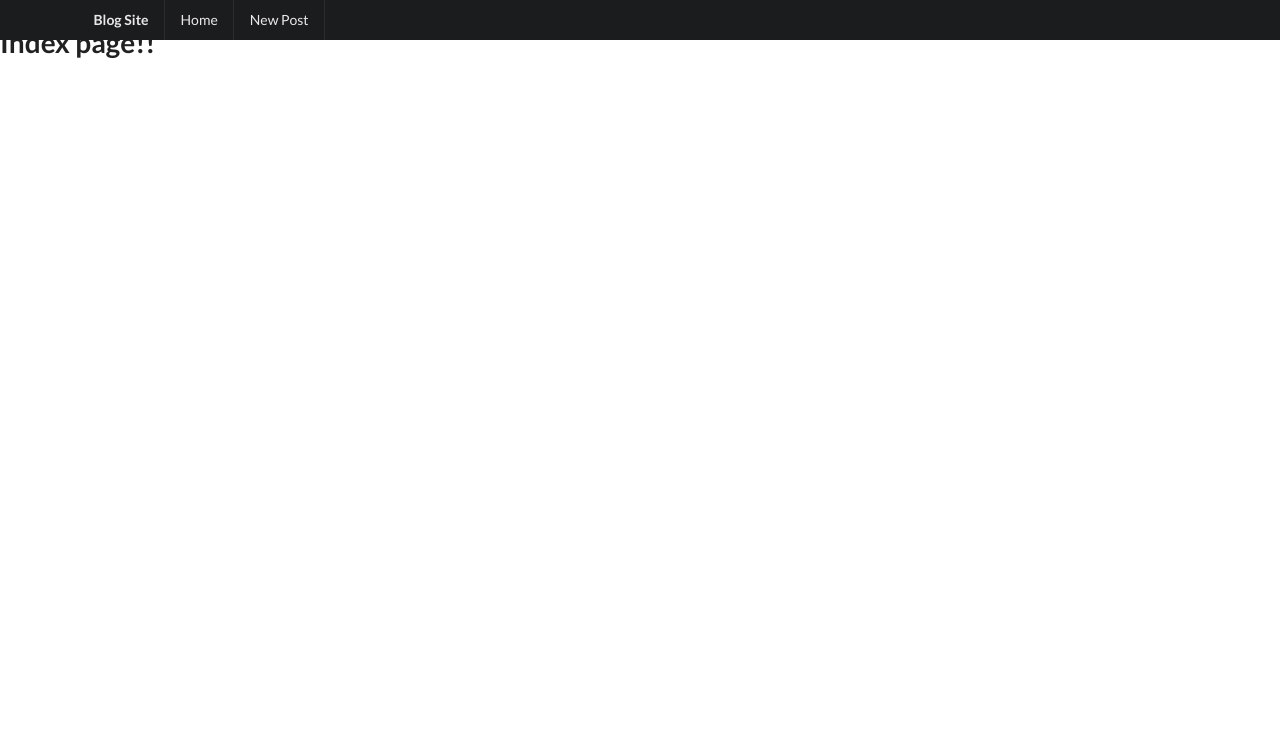
Repository: Nafeek30/WebProjects
Page: http://localhost/blogs
The author's editor kept a record of every edit. The page is drawn from the files as they stood at one moment, then again after the next edit.
The browser window is 1280 px wide. The pictures show the whole page.
The page is served by the project's Node server (RESTfulBlogApp/app.js). Queries for data that is not in the repository find no rows.

Above is the page before.

### Cloud 9 projects/RESTfulBlogApp/views/index.ejs
<!--Page that shows all the blog posts -->

<% include ./partials/header %>

<h1>Index page!!</h1>

<% blogs.forEach(function(blog){ %>
    <div>
        <h2><%=blog.title%></h2>
        <img src="<%= blog.image %>" >
        <span><%= blog.created.toDateString() %></span>
        <p><%= blog.body.substring(0, 100) %> ...</p> <!-- shows the first 100 char in the description on the home page; click read more to see whole post -->
        <a href="/blogs/<%= blog._id %>">Read More</a>
    </div>
<% }); %>


<% include ./partials/footer %>

### Cloud 9 projects/RESTfulBlogApp/views/partials/header.ejs
<html>
    <head>
        <title>Blog App</title>
        <link rel="stylesheet" type="text/css" href="https://cdnjs.cloudflare.com/ajax/libs/semantic-ui/2.4.1/semantic.min.css">
    </head>
    <body>
        <!--creating an inverted NAVBAR -->
        <div class="ui fixed inverted menu">
            <div class="ui container">
                <div class="header item">Blog Site</div>
                <a href="/" class="item">Home</a>
                <a href="/blogs/new" class="item">New Post</a>
            </div>
        </div>

### Cloud 9 projects/RESTfulBlogApp/app.js
var express = require("express"),
bodyParser = require("body-parser"),
methodOverride = require("method-override"), //using method override to override for put and delete requests
mongoose = require("mongoose"),
app = express();

// APP CONFIG
mongoose.connect("mongodb://localhost:27017/restful_blog_app", { useNewUrlParser: true });
app.set("view engine", "ejs");
app.use(express.static("public")); //so we can serve our custom stylesheet when we get to that
app.use(bodyParser.urlencoded({extended: true}));
app.use(methodOverride("_method")); //tell our program to use method override and look for the _method keyword in queries to do its work


// MONGOOSE/MODEL/CONFIG
var blogSchema = new mongoose.Schema({
    // Our blog will have a title, image, body and a date
   title: String,
   image: String,
   body: String,
   created: {
       type: Date,
       default: Date.now
   } //created should be a date and the date should be when the blog was created (automatically gets it); can do this for any other attributes as well like image has a default imge if user didn't type anything in
});

var Blog = mongoose.model("Blog", blogSchema);

// Blog.create({
//   title: "Test Blog",
//   image: "https://images.hellogiggles.com/uploads/2016/10/24032646/minions-universal-pictures.jpg",
//   body: "Hello, this is a blog post!"
// });


// RESTFUL ROUTES

app.get("/", function(req, res) {
    res.redirect("/blogs");
});

//INDEX ROUTE - shows all blogs
app.get("/blogs", function(req, res){
   Blog.find({}, function(err, blogs){
       if(err){
           console.log("ERROR!")
       } else {
           res.render("index", {blogs: blogs});
       }
   }) ;
});

//NEW ROUTE - form to create new blog post
app.get("/blogs/new", function(req, res) {
    res.render("new");
});


//CREATE ROUTE - adds nnew blog to DB and redirects to /blogs page to show all blogs including the new one
app.post("/blogs", function(req, res){
   //create blog
   Blog.create(req.body.blog, function(err, newBlog){
      if(err){
          //reload the page
          res.render("new");
      } else {
          //then, redirect to the index
          res.redirect("/blogs");
      }
   });
});


//SHOW ROUTE - show more info about just one blog
app.get("/blogs/:id", function(req, res) {
    // how to get the id in the url right above
    Blog.findById(req.params.id, function(err, foundBlog){
       if(err) {
           res.redirect("/blogs");
       } else {
           res.render("show", {blog: foundBlog});
       }
    });
});

//EDIT ROUTE - show edit form for one blog
app.get("/blogs/:id/edit", function(req, res) {
    //find the blog to edit by its id and load its already existing contents in the for to edit
    Blog.findById(req.params.id, function(err, foundBlog){
       if(err){
           res.redirect("/blogs");
       } else {
           res.render("edit", {blog: foundBlog});
       }
    });
});


//UPDATE ROUTE - updates a particular blog then redirects to SHOW page to show that blog
app.put("/blogs/:id", function(req, res){
//find the blog that the user selected and update it - takes 3 params - id, newData (here blog becasue it has all the contents of the blog), callback function
   Blog.findByIdAndUpdate(req.params.id, req.body.blog, function(err, updatedBlog){
       if(err) {
           res.render("/blogs");
       } else {
           res.redirect("/blogs/" + req.params.id); //takes you to the show page of the id
       }
   });
});

//DELETE ROUTE - deletes the selected blog then redirects to INDEX page to display all blogs remaining
app.delete("/blogs/:id", function(req, res){
   //destroy blog
   Blog.findByIdAndRemove(req.params.id, function(err){
      if(err) {
          res.redirect("/blogs");
      } else {
          res.redirect("/blogs");
      }
   });
   //redirect somewhere
});


app.listen(process.env.PORT, process.env.IP, function(){
   console.log("SERVER IS RUNNING");
});

Loaded but not shown: Cloud 9 projects/RESTfulBlogApp/views/partials/footer.ejs (common file)

After the next edit:
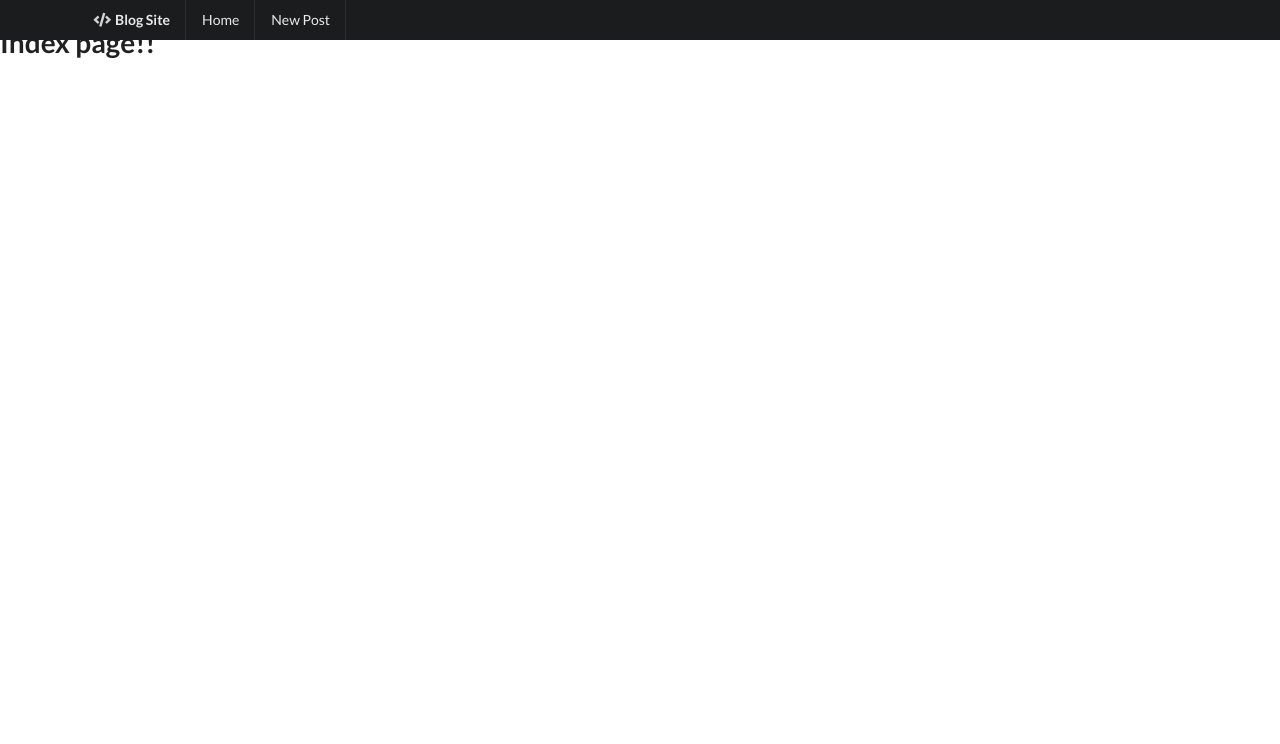
The edit:
--- a/Cloud 9 projects/RESTfulBlogApp/views/partials/header.ejs
+++ b/Cloud 9 projects/RESTfulBlogApp/views/partials/header.ejs
@@ -7,7 +7,7 @@
         <!--creating an inverted NAVBAR -->
         <div class="ui fixed inverted menu">
             <div class="ui container">
-                <div class="header item">Blog Site</div>
+                <div class="header item"><i class="code icon"></i>Blog Site</div>
                 <a href="/" class="item">Home</a>
                 <a href="/blogs/new" class="item">New Post</a>
             </div>
